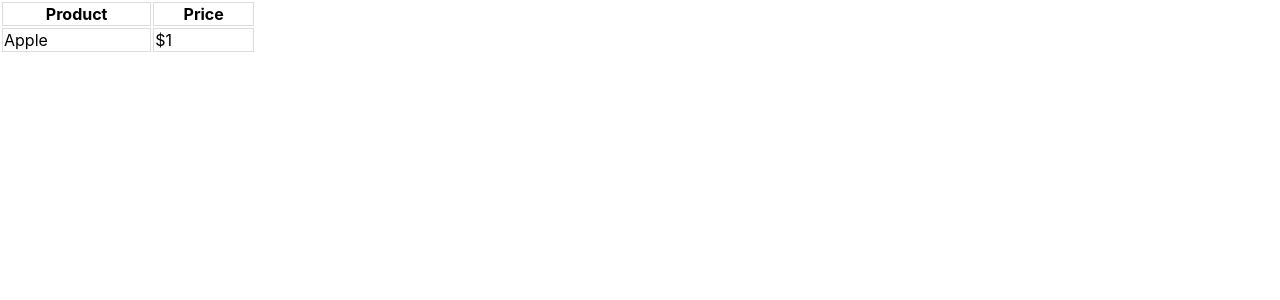
Repository: mariocapitbrok/reactjs-learn
Page: / (app in 05_filtered-data-table/)
The author's editor kept a copy of each file at every save. The page is drawn from the files as they stood at one save, then again after the next save.
The browser window is 1280 px wide. The pictures show the whole page.
The project was rebuilt for these pictures with package versions that can differ from the ones it lists, and the page was loaded fresh each time.

Above is the page before, as saved 2023-02-25 20:33:34.

After the next save:
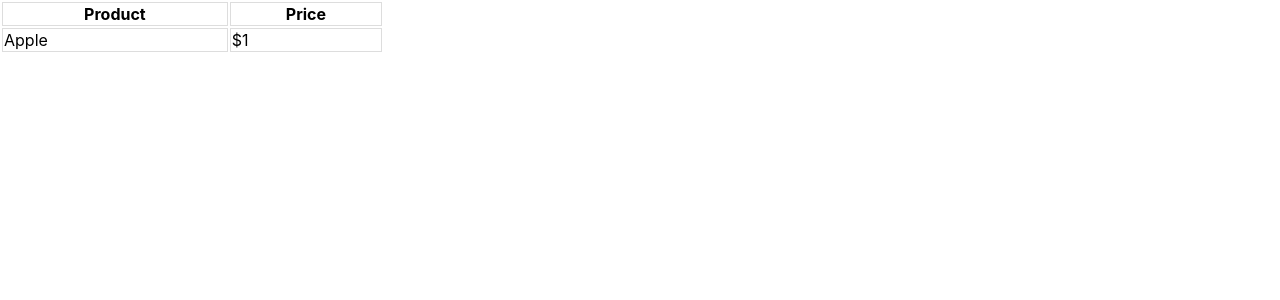
Saved 6 s later.
--- a/05_filtered-data-table/src/App.css
+++ b/05_filtered-data-table/src/App.css
@@ -1,6 +1,6 @@
 
 #products {
-  width: 20%;
+  width: 30%;
   min-width: 200px;
 }
 #products th, #products td {
